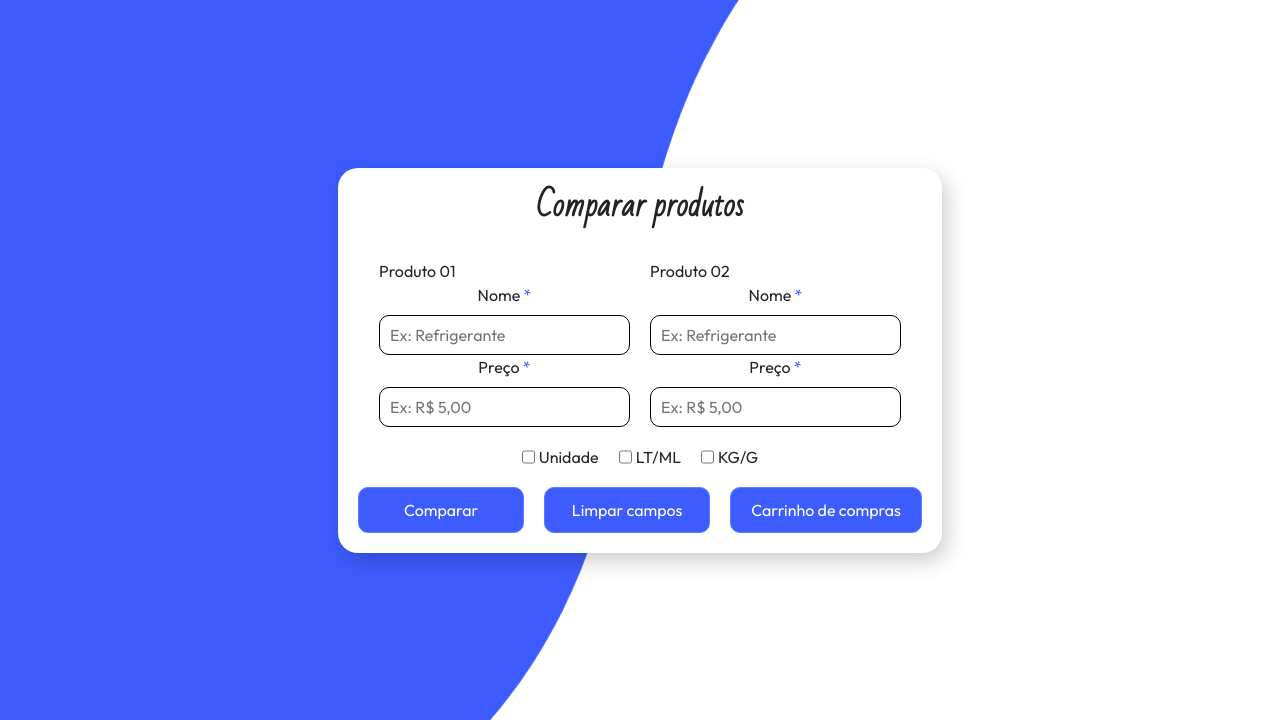
Repository: GabrielMA0/CheckMart
Page: /compare-product
These files come from the project's save history. The page is drawn as it stood at one moment and after the next save; the edit follows.
The browser window is 1280 px wide. The pictures show the whole page.
The project was rebuilt for these pictures with package versions that can differ from the ones it lists, and the page was loaded fresh each time. Also part of the build but not shown: vite.config.js, src/stores/cart.js, src/stores/modal.js, src/components/Header.vue, src/components/Cart.vue, src/components/Modal.vue.

Above is the page before, as saved 2025-08-06 22:31:18.

### index.html
<!doctype html>
<html lang="pt-br">
  <head>
    <meta charset="UTF-8" />
    <meta name="viewport" content="width=device-width, initial-scale=1.0" />
    <link
      rel="shortcut icon"
      href="./public/icons/3b788fdf-f1e4-400e-a77d-d7600fce64ce 1.svg"
      type="image/x-icon"
    />
    <link
      rel="stylesheet"
      href="https://fonts.googleapis.com/css2?family=Material+Symbols+Outlined:opsz,wght,FILL,GRAD@20..48,100..700,0..1,-50..200"
    />
    <title>CheckMart</title>
  </head>
  <body>
    <main id="app"></main>
    <script type="module" src="/src/main.js"></script>
  </body>
</html>

### src/main.js
import { createApp } from 'vue';
import App from './App.vue';
import { createPinia } from 'pinia'
import piniaPluginPersistedstate from 'pinia-plugin-persistedstate'
import 'bootstrap/dist/css/bootstrap.css'
import 'bootstrap'
import './registerServiceWorker'
import router from './router/router'

const app = createApp(App);
const pinia = createPinia()

pinia.use(piniaPluginPersistedstate)

app.use(pinia)
app.use(router)
app.mount('#app');

### src/App.vue
<template>
  <div class="container-main">
    <div class="img-background"></div>
    <router-view />
  </div>
</template>

<script setup>
</script>

<style lang="scss">
  @import url('https://fonts.googleapis.com/css2?family=Bad+Script&display=swap');
  @import url('https://fonts.googleapis.com/css2?family=Outfit:wght@100;200;300;400;500;600;700;800;900&display=swap');

  .img-background{
    background-position: center;
    background-image: url("./assets/Background.svg");
    background-repeat: no-repeat;
    background-attachment: fixed;
    background-size: cover;
    position: absolute;
    top: 0;
    bottom: 0;
    left: 0;
    right: 0;
    z-index: -1;
  }

  .container-main{
    display: flex;
    flex-direction: column;
    align-items: center;
    justify-content: center;
    margin: 0;
    padding: 0;
    width: 100% !important;
    height: 100vh;
  }
</style>

### src/router/router.js
import { createRouter, createWebHistory } from 'vue-router'
import Home from '../views/Home.vue'
import CompareProduct from '../views/CompareProduct.vue'

const routes = [
    { path: '/', component: Home },
    { path: '/compare-product', component: CompareProduct },
]

const router = createRouter({
    history: createWebHistory(),
    routes
})

export default router

### src/views/Home.vue
<template>
    <Header/>
    <section>
      <Modal/>
      <Cart/>
    </section>
</template>

<script setup>
  import Header from '../components/Header.vue';
  import Cart from '../components/Cart.vue';
  import Modal from '../components/Modal.vue';
</script>

<style lang="scss">

// ---ANIMAÇÕES---
    @keyframes slide-bottom {
        0% {
            transform: translateY(-100px);
            opacity: 0;
          }
          100% {
            transform: translateY(0);
            opacity: 1;
        }
    }
    @keyframes slide-top {
        0% {
            transform: translateY(0);
            opacity: 1;
        }
        100% {
            transform: translateY(-100px);
            opacity: 0;
        }
    }
    @keyframes opacity-entrances {
        0% {
            opacity: 0;
        }
        100% {
            opacity: 1;
        }
    }
    @keyframes opacity-exits {
        0% {
            opacity: 1;
        }
        100% {
            opacity: 0;
        }
    }
    .open-modal-animation{
        animation-name: slide-bottom;
        animation-duration: 0.5s;
    }
    .close-modal-animation{
        animation-name: slide-top;
        animation-duration: 0.5s;
    }
    .open-message-alert-warning{
      animation-name: opacity-entrances;
      animation-duration: 0.3s;
    }
    .close-message-alert-warning{
      animation-name: opacity-exits;
      animation-duration: 0.3s;
    }

    // ---ANIMAÇÕES---

  body, html{
    margin: 0;
    padding: 0;
    box-sizing: border-box;
    font-family: 'Outfit', sans-serif !important;
  }
  h1,h2{
    font-family: 'Bad Script', cursive;
    font-weight: bold !important;
  }

  input, select{
    padding: 0 10px;
    height: 40px;
    border-radius: 10px;
    border: 1px solid black;
    outline: none;
    @media (max-width: 425px) {
      padding: 5px;
      width: 100%;
    }
  }
  .background{
    width: 100vw;
    height: 100vh;
    position: absolute;
    top: 0;
    left: 0;
    background-color: rgba(0,0,0,0.5);
    z-index: 1;
  }
  .field-error{
    border: 1px solid red;
    background-color: rgba(255, 0, 0, 0.2);
  }

</style>

### src/views/CompareProduct.vue
<script setup>
import Container from '../components/Container.vue'
import Subtitle from '../components/Subtitle.vue'
import Input from '../components/Input.vue'
import Button from '../components/Button.vue'
</script>

<template>
    <Container>
        <Subtitle>Comparar produtos</Subtitle>
        <form @submit.prevent="addProduct">
            <div class="container-fields">
                <div class="container-product">
                    <span>Produto 01</span>

                    <Input
                    label="Nome"
                    placeholder="Ex: Refrigerante"
                    type="text"
                    v-model="product"
                    :isRequired="true"
                    :hasError="submitCount > 0 && productError ? true : false"
                    :messageError="productError"
                    id="productField"
                    />

                    <Input
                    label="Preço"
                    placeholder="Ex: R$ 5,00"
                    type="text"
                    v-model.lazy="price"
                    v-money="money"
                    @keydown="blockNegativeNumbers"
                    :isRequired="true"
                    :hasError="submitCount > 0 && priceError ? true : false"
                    :messageError="priceError"
                    />
                </div>

                <div class="container-product">
                    <span>Produto 02</span>

                    <Input
                    label="Nome"
                    placeholder="Ex: Refrigerante"
                    type="text"
                    v-model="product"
                    :isRequired="true"
                    :hasError="submitCount > 0 && productError ? true : false"
                    :messageError="productError"
                    id="productField"
                    />

                    <Input
                    label="Preço"
                    placeholder="Ex: R$ 5,00"
                    type="text"
                    v-model.lazy="price"
                    v-money="money"
                    @keydown="blockNegativeNumbers"
                    :isRequired="true"
                    :hasError="submitCount > 0 && priceError ? true : false"
                    :messageError="priceError"
                    />
                </div>
            </div>

            <div class="container-checkboxs">
                <Input
                label="Unidade"
                type="checkbox"
                class="input-checkbox"
                id="unity"
                v-model="price"
                :isRequired="false"
                />

                <Input
                label="LT/ML"
                type="checkbox"
                id="lt-ml"
                class="input-checkbox"
                v-model="price"
                :isRequired="false"
                />

                <Input
                label="KG/G"
                type="checkbox"
                id="kg"
                class="input-checkbox"
                v-model="price"
                :isRequired="false"
                />
            </div>

            <div class="container-btns">
                <Button>Comparar</Button>
                <Button>Limpar campos</Button>
                <router-link to="/">
                    <Button>Carrinho de compras</Button>
                </router-link>
            </div>
        </form>
    </Container>
</template>

<style lang="scss">

    form {
        display: flex;
        flex-direction: column;
        gap: 10px;
    }

    .container-fields{
        display: flex;
        gap: 20px;
        flex-wrap: wrap;
        justify-content: center;
    }
    .container-checkboxs{
        display: flex;
        gap: 20px;
        justify-content: center;
        flex-wrap: wrap;

            .input-checkbox{
            align-items: center;
            flex-direction: row-reverse;
            width: max-content;

            label{
                padding: 0;
            }
        }
    }
    .container-btns{
        display: flex;
        gap: 20px;
        flex-wrap: wrap;
    }

    @media (max-width: 768px){
        .container-btns{
            flex-direction: column;

            button{
                width: 100%;
            }
        }
    }

</style>

### src/components/Container.vue
<script setup>
</script>

<template>
    <div class="container">
        <slot></slot>
    </div>
</template>

<style lang="scss" scoped>

    .container{
        display: flex;
        align-items: center;
        flex-direction: column;
        background-color: white;
        box-shadow: 5px 8px 21px rgba(0,0,0,0.2);
        padding: 20px;
        border-radius: 20px;
        gap: 20px;
        width: auto;
        /* min-width: 388px; */

        @media (max-width: 425px) {
            width: 90vw;
            height: auto;
        }
    }
</style>

### src/components/Subtitle.vue
<script>

</script>

<template>
    <h2>
        <slot></slot>
    </h2>
</template>

<style lang="scss" scoped>
    h2 {
        padding-bottom: 15px;
        font-size: 30px;
        margin: 0;
    }
</style>

### src/components/Input.vue
<script setup>
    const props = defineProps({
        label: String,
        placeholder: String,
        type: String,
        modelValue: String,
        messageError: String,
        id: String,
        inputmode: String,
        pattern: String,
        min: String,
        ref: String,
        isRequired: Boolean,
        hasError: Boolean,
    })
</script>

<template>
    <div class="container-field">
        <label :for="id">{{label}} <span v-show="isRequired" class="asterisk">*</span></label>
        <input
        :type="type"
        :id="id"
        :placeholder="placeholder"
        :value="modelValue"
        :inputmode="inputmode"
        :pattern="pattern"
        :min="min"
        @input="$emit('update:modelValue', $event.target.value)"
        :class="{ 'field-error': hasError }"
        :ref="ref">


        <span class="error-message" v-show="hasError">{{ messageError }}</span>
    </div>
</template>

<style lang="scss" scoped>
    .container-field {
        display: flex;
        flex-direction: column;
        gap: 4px;
        align-items: center;
        position: relative;

        .asterisk {
            color: #3D5CFF;
        }

        label {
            padding-bottom: 4px;
            cursor: text;
        }

        .error-message{
            color: #EC3737;
            font-size: 12px;
            position: absolute;
            bottom: -20px;
        }
    }
</style>

### src/components/Button.vue
<script>

</script>

<template>
    <button class="btns">
        <slot></slot>
    </button>
</template>
<style lang="scss" scoped>

  .btns{
    background-color: #3D5CFF;
    border: 1px solid #5F79FF;
    padding: 10px 20px;
    color: white;
    border-radius: 10px;
    height: auto !important;
    outline: none;
    min-width: 166px;

    &:hover{
    background-color: #0023D8;
    }
  }
</style>

Loaded but not shown: src/registerServiceWorker.js (common file)

After the next save:
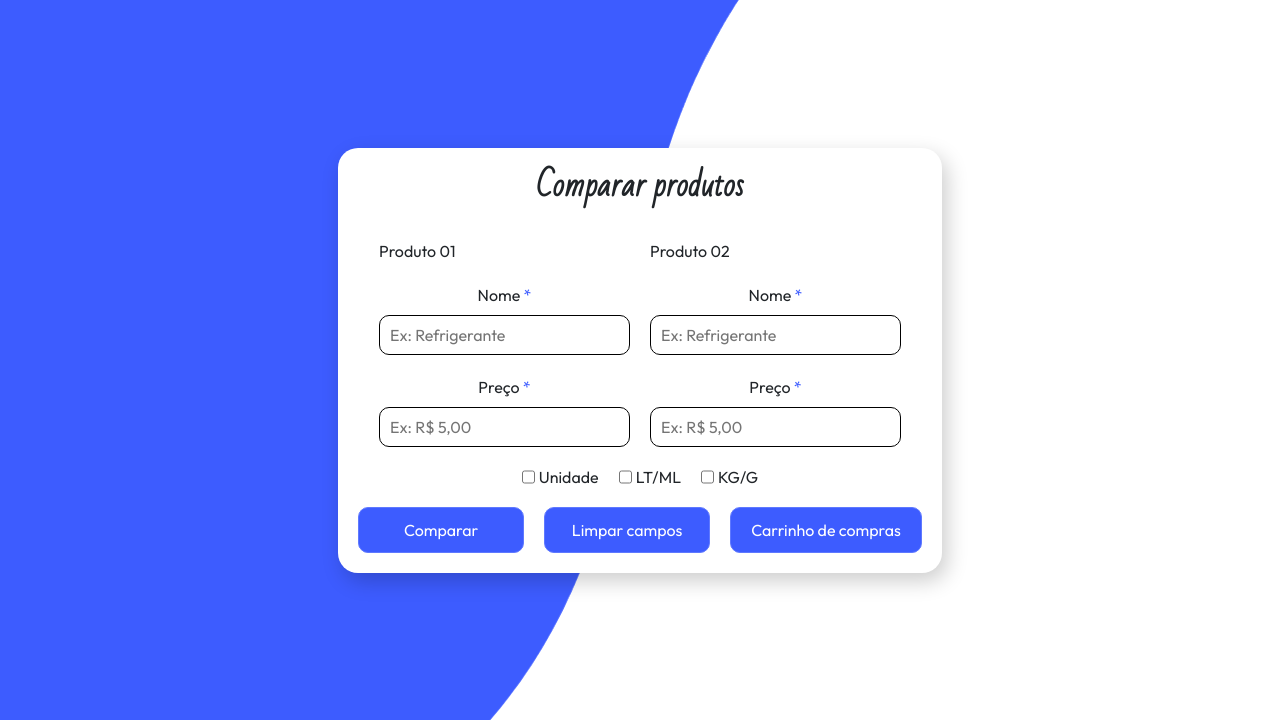
Saved 3 min 6 s later.
--- a/src/views/CompareProduct.vue
+++ b/src/views/CompareProduct.vue
@@ -118,6 +118,12 @@ import Button from '../components/Button.vue'
         gap: 20px;
         flex-wrap: wrap;
         justify-content: center;
+
+        .container-product{
+            display: flex;
+            flex-direction: column;
+            gap: 20px;
+        }
     }
     .container-checkboxs{
         display: flex;
